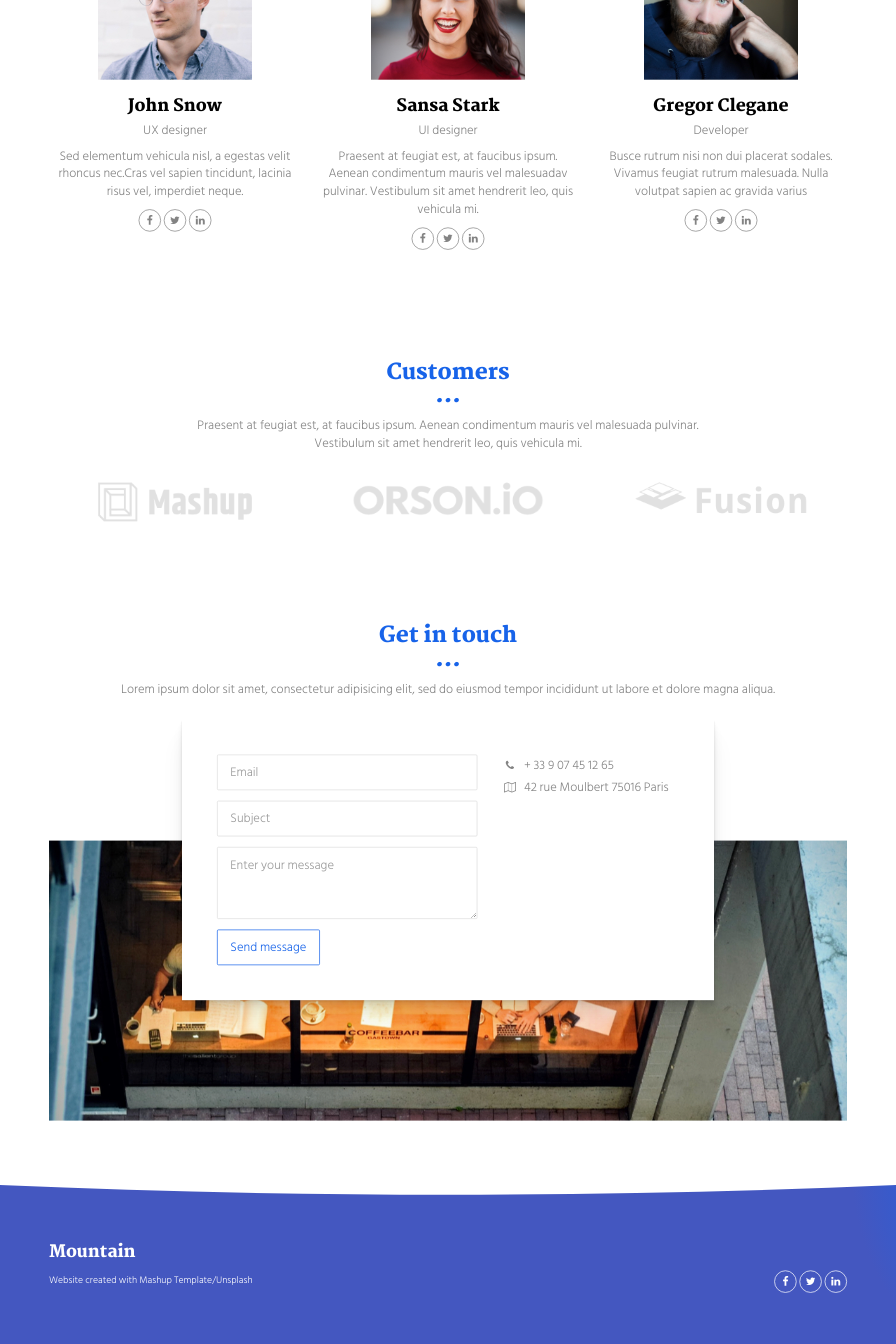
Repository: KevinBach02/KevinBach02.github.io
Page: index.html
The author's editor kept a record of every edit. The page is drawn from the files as they stood at one moment, then again after the next edit.
The browser window is 1280 px wide. The pictures show the part of the page from y = 2237 to 4157 px (the page is 4157 px tall before and 3898 px after), at 70% of full size.

Above is the page before.

### index.html
<!DOCTYPE html>
<html lang="en">

<head>
  <meta charset="UTF-8">
  <meta content="IE=edge" http-equiv="X-UA-Compatible">
  <meta content="width=device-width,initial-scale=1" name="viewport">
  <meta content="description" name="description">
  <meta name="google" content="notranslate" />
  <meta content="Mashup templates have been developped by Orson.io team" name="author">

  <!-- Disable tap highlight on IE -->
  <meta name="msapplication-tap-highlight" content="no">


  <link rel="apple-touch-icon" sizes="180x180" href="./assets/apple-icon-180x180.png">
  <link href="./assets/favicon.ico" rel="icon">

  <link href="" rel="stylesheet">


  <title>Title page</title>

<link href="./main.550dcf66.css" rel="stylesheet"></head>

<body> <!-- Add your content of header -->
<header>
  <nav class="navbar navbar-default active">
    <div class="container">
      <div class="navbar-header">
        <button type="button" class="navbar-toggle collapsed" data-toggle="collapse" data-target="#navbar-collapse" aria-expanded="false">
          <span class="sr-only">Toggle navigation</span>
          <span class="icon-bar"></span>
          <span class="icon-bar"></span>
          <span class="icon-bar"></span>
        </button>
        <a class="navbar-brand" href="./index.html" title="">
          <img src="./assets/images/mashup-icon.svg" class="navbar-logo-img" alt="">
          CVHS COMPUTER SCIENCE
        </a>
      </div>

      <div class="collapse navbar-collapse" id="navbar-collapse">
        <ul class="nav navbar-nav navbar-right">
          <li><a href="./index.html" title="">Home</a></li>
          <li><a href="./project.html" title="">Project</a></li>
          <li>
            <p>
              <a href="./components.html" class="btn btn-default navbar-btn" title="">Components</a>
            </p>
          </li>

        </ul>
      </div>
    </div>
  </nav>
</header>

<!-- Add your site or app content here -->
  <div class="hero-full-container background-image-container white-text-container">
    <div class="container">
      <div class="row">
        <div class="col-xs-12">
          <h1>CVHS COMPUTER SCIENCE</h1>
          <p>WELCOME TO MY WEBSITE</p>
          <br>
          <a href="./project.html" class="btn btn-default btn-lg" title="">Discover</a>
        </div>
      </div>
    </div>
  </div>

  <div class="section-container">
    <div class="container">
      <div class="row">
        <div class="col-xs-12 col-md-8 col-md-offset-2">
          <div class="text-center">
            <h2>About Us</h2>
            <p>Lorem ipsum dolor sit amet, consectetur adipiscing elit. Maecenas luctus at sem quis varius.
            <br>
            Class aptent taciti sociosqu ad litora torquent per conubia nostra, per inceptos himenaeos. Phasellus iaculis magna sagittis elit sagittis, at hendrerit lorem venenatis. Morbi accumsan iaculis blandit. Cras ultrices hendrerit nisl.</p>
          </div>
       </div>
      </div>
    </div>
  </div>

  <div class="section-container">
    <div class="container">
      <div class="row">
          <div class="col-xs-12">


            <div id="carousel-example-generic" class="carousel carousel-fade slide" data-ride="carousel">

                <div class="carousel-inner" role="listbox">

                    <div class="item active">
                        <img class="img-responsive" src="./assets/images/img-06.jpg" alt="First slide">
                        <div class="carousel-caption card-shadow reveal">

                          <h3>Moon</h3>
                          <a class="left carousel-control" href="#carousel-example-generic" role="button" data-slide="prev">
                            <i class="fa fa-chevron-left" aria-hidden="true"></i>
                            <span class="sr-only">Previous</span>
                          </a>
                          <a class="right carousel-control" href="#carousel-example-generic" role="button" data-slide="next">
                            <i class="fa fa-chevron-right" aria-hidden="true"></i>
                            <span class="sr-only">Next</span>
                          </a>
                          <p>
                            Sed id tellus in risus pre
                            tium imperdiet eu lobortis dolor. Sed pellentesque, urna ac viverra lacinia, erat mauris venenatis purus, mollis egestas urna purus ac ex.
                            Aenean nunc sem, lobortis at elit non, lobortis laoreet nibh. Maecenas at mi ipsum.
                          </p>

                          <p>
                            Quisque tempor, ligula pharetra luctus elementum, arcu nisl suscipit ante, pharetra commodo dui est et enim. Sed eu vestibulum elit. Donec ut libero non.
                          </p>
                          <a href="./project.html" class="btn btn-primary" title="">
                            Discover
                          </a>
                        </div>
                    </div>
                    <div class="item">
                        <img class="img-responsive" src="./assets/images/img-07.jpg" alt="First slide">
                        <div class="carousel-caption card-shadow reveal">

                          <h3>Lbortis</h3>
                            <a class="left carousel-control" href="#carousel-example-generic" role="button" data-slide="prev">
                              <i class="fa fa-chevron-left" aria-hidden="true"></i>
                              <span class="sr-only">Previous</span>
                            </a>
                            <a class="right carousel-control" href="#carousel-example-generic" role="button" data-slide="next">
                              <i class="fa fa-chevron-right" aria-hidden="true"></i>
                              <span class="sr-only">Next</span>
                            </a>
                          <p>
                            Pre id tellus in risus pre
                            tium imperdiet eu lobortis dolor. Sed pellentesque, urna ac viverra lacinia, erat mauris venenatis purus, mollis egestas urna purus ac ex.
                            Aenean nunc sem, lobortis at elit non, lobortis laoreet nibh. Maecenas at mi ipsum.
                          </p>

                          <p>
                            Quisque tempor, ligula pharetra luctus elementum, arcu nisl suscipit ante, pharetra commodo dui est et enim. Sed eu vestibulum elit. Donec ut libero non.
                          </p>
                          <a href="./project.html" class="btn btn-primary" title="">
                            Discover
                          </a>
                        </div>
                    </div>
                </div>

            </div>


          </div>

        </div>

    </div>
  </div>

  <div class="section-container">
    <div class="container text-center">
      <div class="row section-container-spacer">
        <div class="col-xs-12 col-md-12">
          <h2>Partners</h2>
          <p>Praesent at feugiat est, at faucibus ipsum. Aenean condimentum mauris vel malesuada pulvinar. <br>Vestibulum sit amet hendrerit leo, quis vehicula mi.</p>
        </div>
      </div>
      <div class="row">
        <div class="col-xs-12 col-md-4">
          <img src="./assets/images/profil-01.jpg" alt="" class="reveal img-responsive reveal-content image-center">
          <h3>John Snow</h3>
          <h4>UX designer</h4>
          <p>Sed elementum vehicula nisl, a egestas velit rhoncus nec.Cras vel sapien tincidunt, lacinia risus vel, imperdiet neque.</p>
          <p>
            <a href="https://facebook.com/" class="social-round-icon fa-icon" title="">
              <i class="fa fa-facebook" aria-hidden="true"></i>
            </a>
            <a href="https://twitter.com/" class="social-round-icon fa-icon" title="">
              <i class="fa fa-twitter" aria-hidden="true"></i>
            </a>
            <a href="https://www.linkedin.com/" class="social-round-icon fa-icon" title="">
              <i class="fa fa-linkedin" aria-hidden="true"></i>
            </a>
          </p>
        </div>

        <div class="col-xs-12 col-md-4">
          <img src="./assets/images/profil-02.jpg" alt="" class="reveal img-responsive reveal-content image-center">
          <h3>Sansa Stark</h3>
          <h4>UI designer</h4>
          <p>Praesent at feugiat est, at faucibus ipsum. Aenean condimentum mauris vel malesuadav pulvinar. Vestibulum sit amet hendrerit leo, quis vehicula mi.</p>
          <p>
            <a href="https://facebook.com/" class="social-round-icon fa-icon" title="">
              <i class="fa fa-facebook" aria-hidden="true"></i>
            </a>
            <a href="https://twitter.com/" class="social-round-icon fa-icon" title="">
              <i class="fa fa-twitter" aria-hidden="true"></i>
            </a>
            <a href="https://www.linkedin.com/" class="social-round-icon fa-icon" title="">
              <i class="fa fa-linkedin" aria-hidden="true"></i>
            </a>
          </p>
        </div>
        <div class="col-xs-12 col-md-4">
          <img src="./assets/images/profil-03.jpg" alt="" class="reveal img-responsive reveal-content image-center">
          <h3>Gregor Clegane</h3>
          <h4>Developer</h4>
          <p>Busce rutrum nisi non dui placerat sodales. Vivamus feugiat rutrum malesuada. Nulla volutpat sapien ac gravida varius</p>
          <p>
            <a href="https://facebook.com/" class="social-round-icon fa-icon" title="">
              <i class="fa fa-facebook" aria-hidden="true"></i>
            </a>
            <a href="https://twitter.com/" class="social-round-icon fa-icon" title="">
              <i class="fa fa-twitter" aria-hidden="true"></i>
            </a>
            <a href="https://www.linkedin.com/" class="social-round-icon fa-icon" title="">
              <i class="fa fa-linkedin" aria-hidden="true"></i>
            </a>
          </p>
        </div>
      </div>
    </div>
  </div>

  <div class="section-container">
    <div class="container text-center">
      <div class="row section-container-spacer">
        <div class="col-xs-12 col-md-12">
          <h2 class="text-center">Customers</h2>
          <p>Praesent at feugiat est, at faucibus ipsum. Aenean condimentum mauris vel malesuada pulvinar. <br>Vestibulum sit amet hendrerit leo, quis vehicula mi.</p>
        </div>
      </div>
      <div class="row">
        <div class="col-xs-12 col-md-4">
          <img src="./assets/images/logo-01.png" alt="" class="img-responsive reveal-content image-center">

        </div>

        <div class="col-xs-12 col-md-4">
          <img src="./assets/images/logo-02.png" alt="" class="img-responsive reveal-content image-center">
        </div>
        <div class="col-xs-12 col-md-4">
          <img src="./assets/images/logo-03.png" alt="" class="img-responsive reveal-content image-center">
        </div>
      </div>
    </div>
  </div>


  <div class="section-container contact-container">
    <div class="container">
      <div class="row">
        <div class="col-xs-12 col-md-12">
          <div class="section-container-spacer">
            <h2 class="text-center">Get in touch</h2>
            <p class="text-center">Lorem ipsum dolor sit amet, consectetur adipisicing elit, sed do eiusmod
            tempor incididunt ut labore et dolore magna aliqua.</p>
          </div>
          <div class="card-container">
            <div class="card card-shadow col-xs-10 col-xs-offset-1 col-md-8 col-md-offset-2 reveal">
              <form action="" class="reveal-content">
                <div class="row">
                  <div class="col-md-7">
                    <div class="form-group">
                      <input type="email" class="form-control" id="email" placeholder="Email">
                    </div>
                    <div class="form-group">
                      <input type="text" class="form-control" id="subject" placeholder="Subject">
                    </div>
                    <div class="form-group">
                      <textarea class="form-control" rows="3" placeholder="Enter your message"></textarea>
                    </div>
                    <button type="submit" class="btn btn-primary">Send message</button>
                  </div>
                  <div class="col-md-5">
                    <ul class="list-unstyled address-container">
                      <li>
                        <span class="fa-icon">
                          <i class="fa fa-phone" aria-hidden="true"></i>
                        </span>
                        + 33 9 07 45 12 65
                      </li>
                      <li>
                        <span class="fa-icon">
                          <i class="fa fa fa-map-o" aria-hidden="true"></i>
                        </span>
                        42 rue Moulbert 75016 Paris
                      </li>
                    </ul>
                  </div>
                </div>
              </form>
            </div>
            <div class="card-image col-xs-12" style="background-image: url('/assets/images/img-01.jpg')">
            </div>
          </div>
        </div>
      </div>
    </div>
  </div>

<script>
  document.addEventListener("DOMContentLoaded", function (event) {
    navbarFixedTopAnimation();
  });
</script>

<footer class="footer-container white-text-container">
  <div class="container">
    <div class="row">


      <div class="col-xs-12">
        <h3>Mountain</h3>

        <div class="row">
          <div class="col-xs-12 col-sm-7">
            <p><small>Website created with <a href="http://www.mashup-template.com/" title="Create website with free html template">Mashup Template</a>/<a href="https://www.unsplash.com/" title="Beautiful Free Images">Unsplash</a></small>
            </p>
          </div>
          <div class="col-xs-12 col-sm-5">
            <p class="text-right">
              <a href="https://facebook.com/" class="social-round-icon white-round-icon fa-icon" title="">
                <i class="fa fa-facebook" aria-hidden="true"></i>
              </a>
              <a href="https://twitter.com/" class="social-round-icon white-round-icon fa-icon" title="">
                <i class="fa fa-twitter" aria-hidden="true"></i>
              </a>
              <a href="https://www.linkedin.com/" class="social-round-icon white-round-icon fa-icon" title="">
                <i class="fa fa-linkedin" aria-hidden="true"></i>
              </a>
            </p>
          </div>
        </div>


      </div>
    </div>
  </div>
</footer>

<script>
  document.addEventListener("DOMContentLoaded", function (event) {
    navActivePage();
    scrollRevelation('.reveal');
  });
</script>

<!-- Google Analytics: change UA-XXXXX-X to be your site's ID

<script>
  (function (i, s, o, g, r, a, m) {
    i['GoogleAnalyticsObject'] = r; i[r] = i[r] || function () {
      (i[r].q = i[r].q || []).push(arguments)
    }, i[r].l = 1 * new Date(); a = s.createElement(o),
      m = s.getElementsByTagName(o)[0]; a.async = 1; a.src = g; m.parentNode.insertBefore(a, m)
  })(window, document, 'script', '//www.google-analytics.com/analytics.js', 'ga');
  ga('create', 'UA-XXXXX-X', 'auto');
  ga('send', 'pageview');
</script>

--> <script type="text/javascript" src="./main.0cf8b554.js"></script></body>

</html>

Loaded but not shown: main.550dcf66.css (library); main.0cf8b554.js (library)

After the next edit:
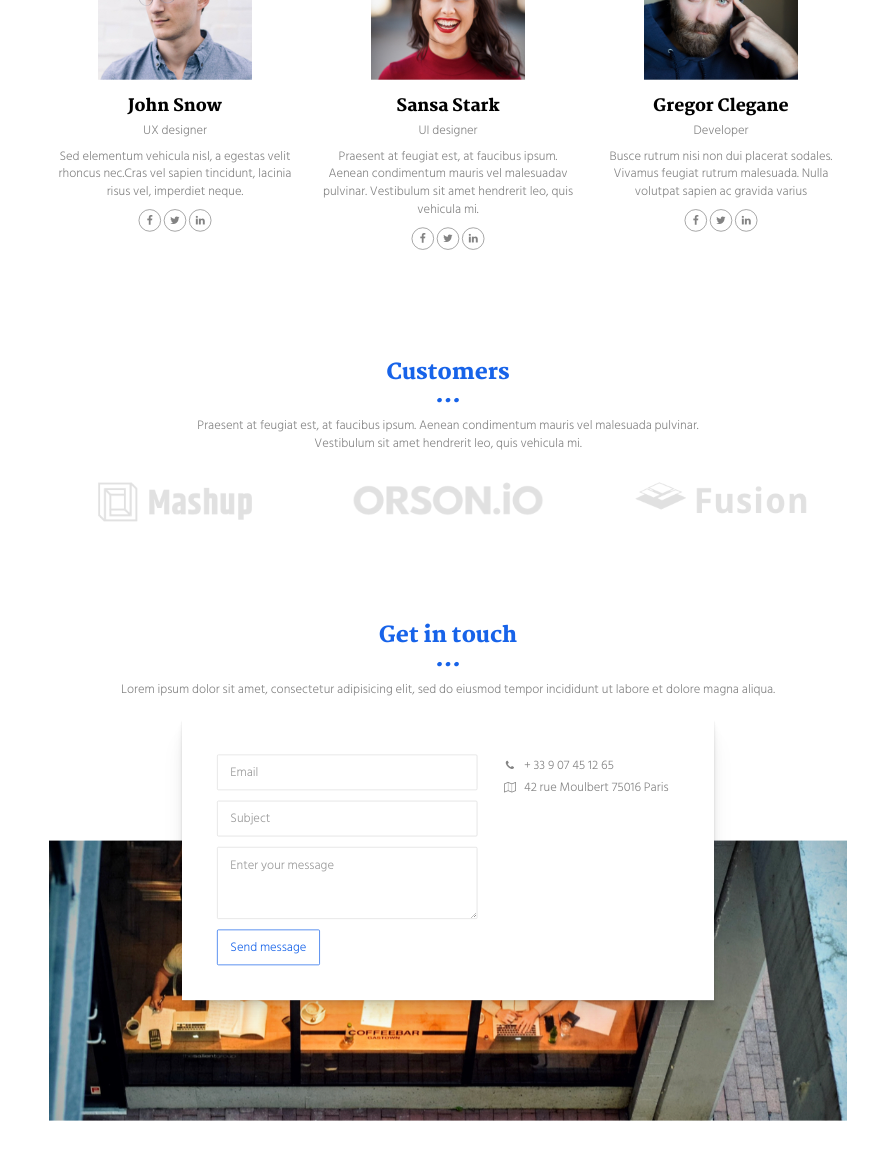
The edit:
--- a/index.html
+++ b/index.html
@@ -309,40 +309,6 @@
   });
 </script>
 
-<footer class="footer-container white-text-container">
-  <div class="container">
-    <div class="row">
-
-
-      <div class="col-xs-12">
-        <h3>Mountain</h3>
-
-        <div class="row">
-          <div class="col-xs-12 col-sm-7">
-            <p><small>Website created with <a href="http://www.mashup-template.com/" title="Create website with free html template">Mashup Template</a>/<a href="https://www.unsplash.com/" title="Beautiful Free Images">Unsplash</a></small>
-            </p>
-          </div>
-          <div class="col-xs-12 col-sm-5">
-            <p class="text-right">
-              <a href="https://facebook.com/" class="social-round-icon white-round-icon fa-icon" title="">
-                <i class="fa fa-facebook" aria-hidden="true"></i>
-              </a>
-              <a href="https://twitter.com/" class="social-round-icon white-round-icon fa-icon" title="">
-                <i class="fa fa-twitter" aria-hidden="true"></i>
-              </a>
-              <a href="https://www.linkedin.com/" class="social-round-icon white-round-icon fa-icon" title="">
-                <i class="fa fa-linkedin" aria-hidden="true"></i>
-              </a>
-            </p>
-          </div>
-        </div>
-
-
-      </div>
-    </div>
-  </div>
-</footer>
-
 <script>
   document.addEventListener("DOMContentLoaded", function (event) {
     navActivePage();
